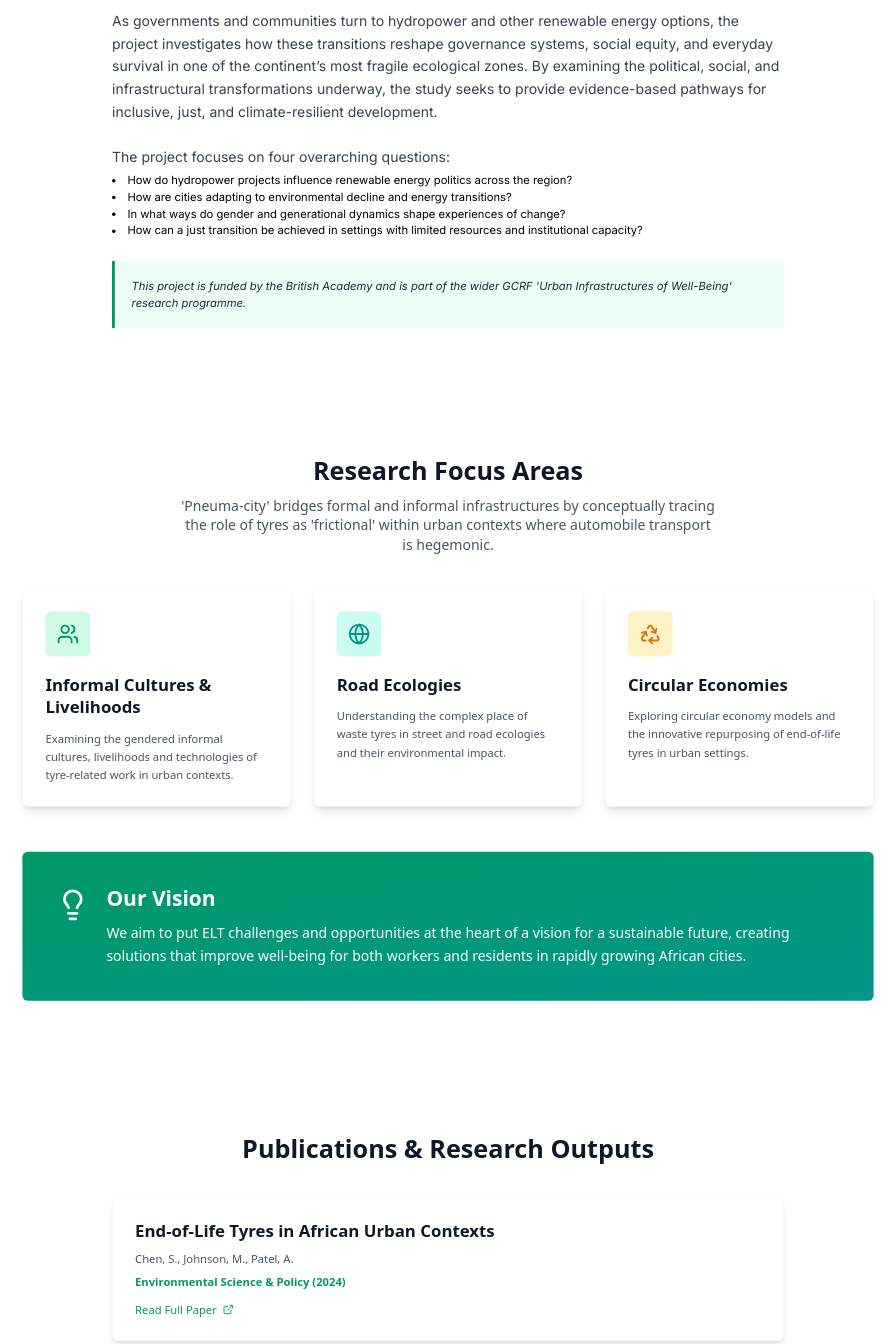
Repository: tiossdav/codesria
Page: /
These files come from the project's save history. The page is drawn as it stood at one moment and after the next save; the edit follows.
The browser window is 1280 px wide. The pictures show the part of the page from y = 1084 to 3004 px (the page is 5480 px tall before and 5514 px after), at 70% of full size.
The project was rebuilt for these pictures with package versions that can differ from the ones it lists, and the page was loaded fresh each time. Also part of the build but not shown: vite.config.ts.

Above is the page before, as saved 2025-11-19 17:15:01.

After the next save:
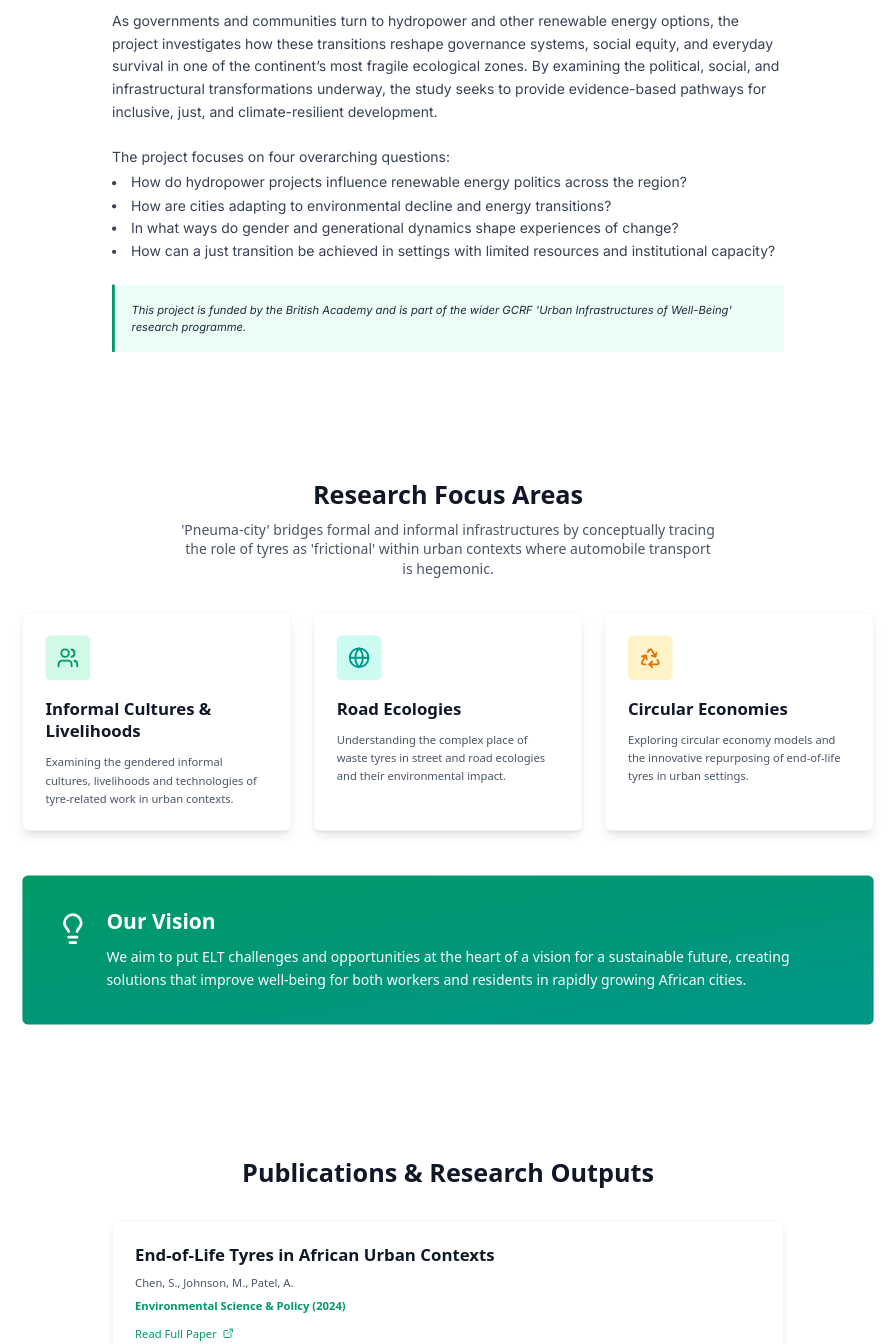
Saved 28 s later.
--- a/src/pages/About.tsx
+++ b/src/pages/About.tsx
@@ -23,7 +23,7 @@ function About() {
         <p className="text-xl text-gray-700 leading-relaxed mb-1">
           The project focuses on four overarching questions:
         </p>
-        <ul className="list-disc list-inside mb-6">
+        <ul className="list-disc list-inside mb-6 text-xl text-gray-700 leading-relaxed ">
           <li>
             How do hydropower projects influence renewable energy politics
             across the region?
